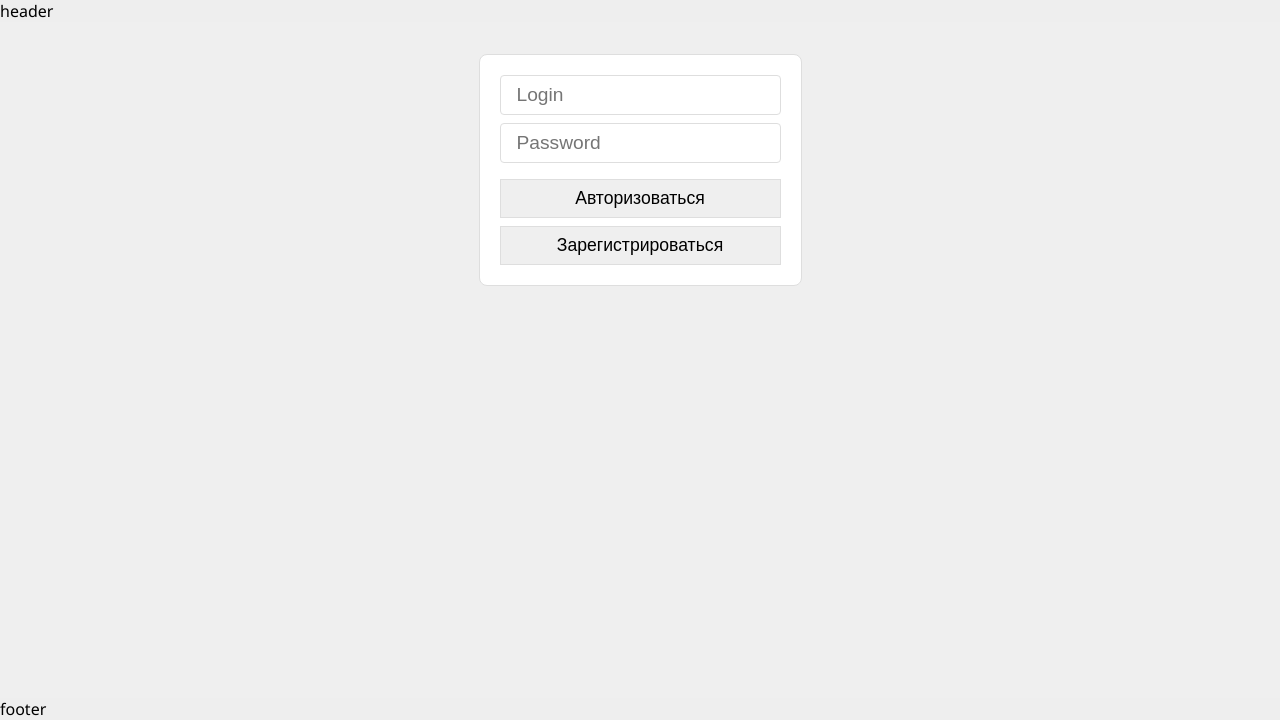
Repository: slep0y/fakeAuth
Page: index.html
These files come from the project's save history. The page is drawn as it stood at one moment and after the next save; the edit follows.
The browser window is 1280 px wide. The pictures show the whole page.
The style sheet was rebuilt from its Sass, Less or Tailwind sources for each picture, by a compiler version that may differ from the author's.

Above is the page before, as saved 2025-01-19 18:13:02.

After the next save:
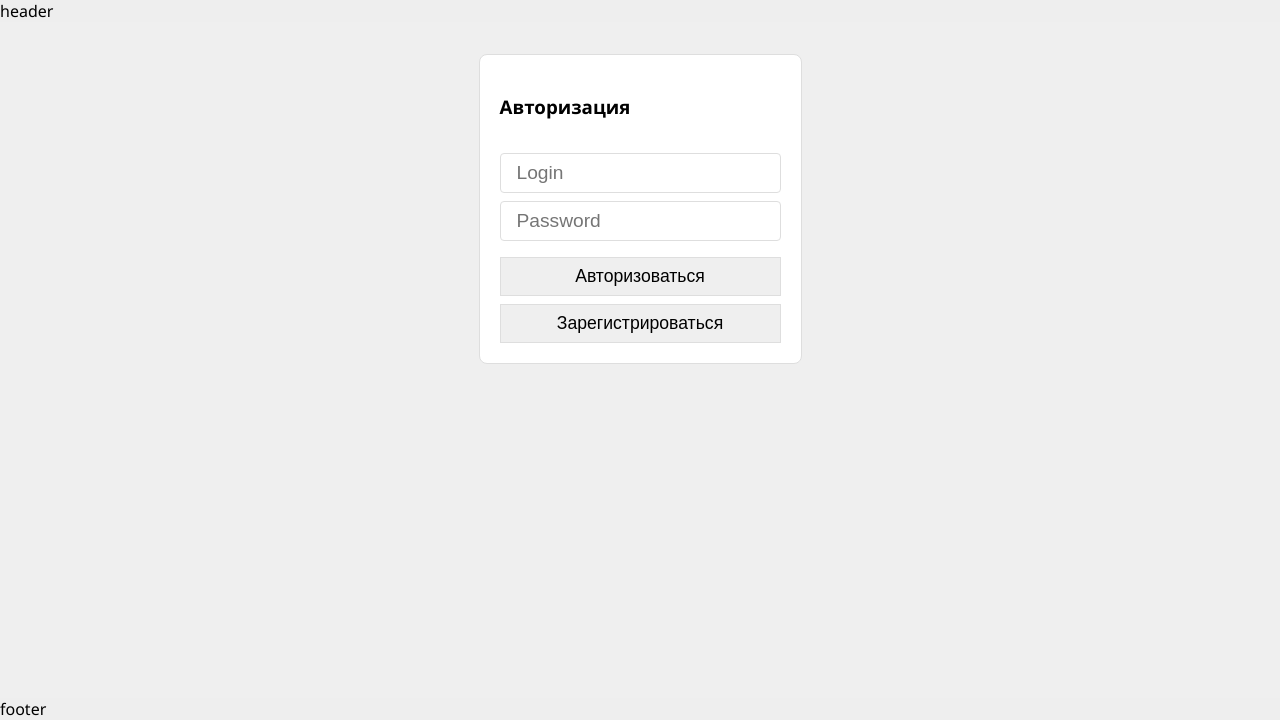
Saved 92 s later.
--- a/index.html
+++ b/index.html
@@ -14,6 +14,7 @@
             <div class="container">
                 <div class="auth-section__inner">
                     <form action="*" class="form" id="authForm">
+                        <h3 class="form__message">Авторизация</h3>
                         <div class="fieldgroup">
                             <input id="loginName" name="loginName" type="text" class="input" placeholder="Login">
                             <input id="loginPass" name="loginPass" type="password" class="input" placeholder="Password">
